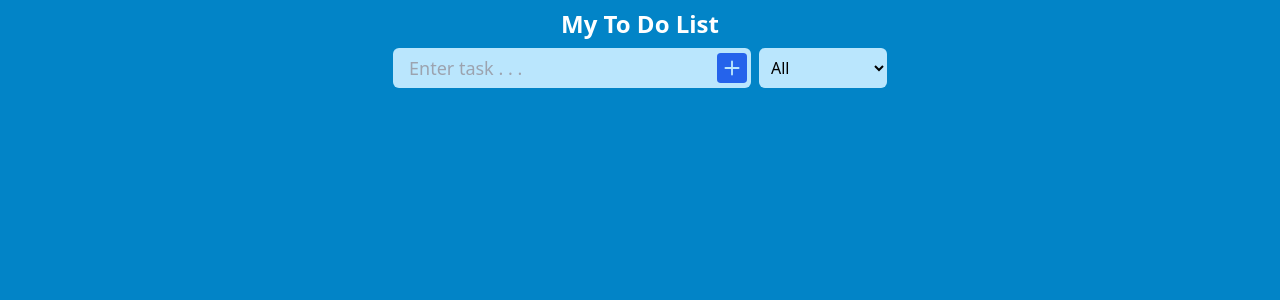
Repository: SaadYasin/react-to-do-list
Page: /
The author's editor kept a copy of each file at every save. The page is drawn from the files as they stood at one save, then again after a run of saves.
The browser window is 1280 px wide. The pictures show the whole page.
The project was rebuilt for these pictures with package versions that can differ from the ones it lists, and the page was loaded fresh each time. Also part of the build but not shown: src/components/Todo.js, src/App.css.

Above is the page before, as saved 2022-11-11 00:02:26.

### public/index.html
<!DOCTYPE html>
<html lang="en">
  <head>
    <meta charset="utf-8" />
    <link rel="icon" href="%PUBLIC_URL%/favicon.ico" />
    <meta name="viewport" content="width=device-width, initial-scale=1" />
    <meta name="theme-color" content="#000000" />
    <meta
      name="description"
      content="Web site created using create-react-app"
    />
    <link rel="apple-touch-icon" href="%PUBLIC_URL%/logo192.png" />

    <link rel="manifest" href="%PUBLIC_URL%/manifest.json" />

    <title>React | To Do List</title>
  </head>
  <body>
    <noscript>You need to enable JavaScript to run this app.</noscript>
    <div id="root"></div>

  </body>
</html>

### src/App.js
import React from 'react';
import Header from './components/Header';
import Input from './components/Input';
import TodoList from './components/TodoList';
import './App.css';

function App() {
  const [inputText, setInputText] = React.useState(null);
  const [todos, setTodos] = React.useState([]);

  return (
    <div className="flex flex-col items-center bg-sky-600 h-screen">
      <Header />
      <Input todos={todos} setTodos={setTodos} setInputText={setInputText} inputText={inputText} />
      <TodoList todos={ todos } />

    </div>
  );
}

export default App;

### src/components/Header.js
import React from 'react'
import Input from './Input'

const Header = () => {
  return (
    <div>
      <h1 className="text-2xl font-bold text-white my-2">My To Do List</h1>
    </div>
  );
}

export default Header

### src/components/Input.js
import React from "react";
import { BsFillPlusSquareFill } from "react-icons/bs";

const Input = ({ setInputText, inputText, todos, setTodos }) => {
  const handleInput = (e) => {
    // e.preventDefault();

    console.log(e.target.value);
    setInputText(e.target.value);
  };

  const handleSubmit = (e) => {
    e.preventDefault();

    setTodos([
      ...todos,
      { text: inputText, completed: false, id: Math.random() * 1000 },
    ]);

    setInputText("");
  };
  return (
    <div className="flex">
      <form className="flex h-10 bg-sky-200 rounded-md" onSubmit={handleSubmit}>
        <input
          value={inputText}
          type="text"
          placeholder="Enter task . . ."
          className="text-lg bg-transparent text-gray-800 px-4 w-44 md:w-80 outline-none"
          onChange={handleInput}
        />
        <button className="text-3xl text-blue-600 px-1" type="submit">
          <BsFillPlusSquareFill />
        </button>
      </form>

      <div className="select ml-2 bg-sky-200 rounded-md">
        <select
          name="todos"
          id="filter-todos"
          className="bg-transparent w-32 p-2"
        >
          <option value="all">All</option>
          <option value="completed">Completed</option>
          <option value="uncompleted">UnCompleted</option>
        </select>
      </div>
    </div>
  );
};

export default Input;

### src/components/TodoList.js
import React from 'react'

// Import components
import Todo from './Todo'
export const TodoList = ( { todos }) => {

  return (
    <div>
      <ul>
        {todos.map((todo) => (
          <Todo />
        ))}
      </ul>
    </div>
  )
}

export default TodoList;

Loaded but not shown: src/index.js (common file); src/index.css (common file); tailwind.config.js (common file)

After the next 3 saves:
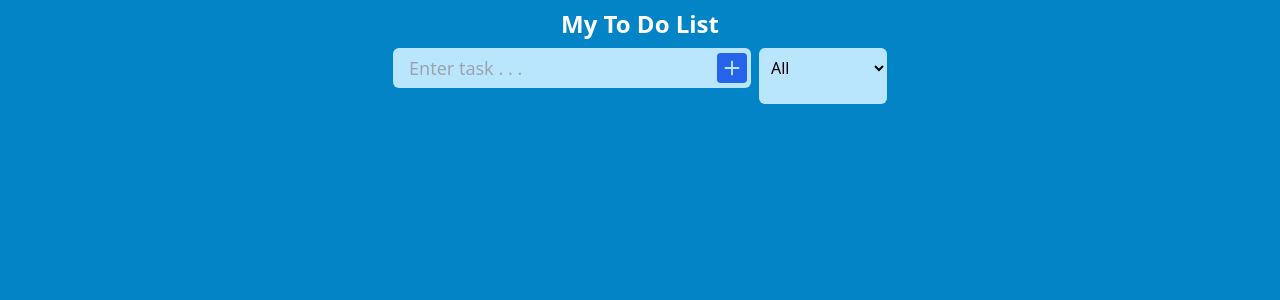
The 3 saves are shown as one change because they came seconds apart.
The last was saved 40 s later.
--- a/src/components/Input.js
+++ b/src/components/Input.js
@@ -21,7 +21,7 @@
   };
   return (
     <div className="flex">
-      <form className="flex h-10 bg-sky-200 rounded-md" onSubmit={handleSubmit}>
+      <form className="flex h-10 bg-sky-200 rounded-md mb-4" onSubmit={handleSubmit}>
         <input
           value={inputText}
           type="text"

After the save that followed:
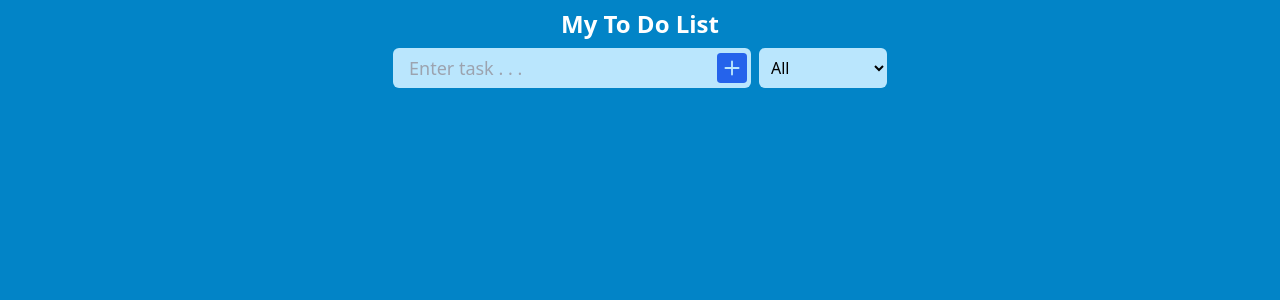
Saved 6 s later.
--- a/src/components/Input.js
+++ b/src/components/Input.js
@@ -21,7 +21,7 @@
   };
   return (
     <div className="flex">
-      <form className="flex h-10 bg-sky-200 rounded-md mb-4" onSubmit={handleSubmit}>
+      <form className="flex h-10 bg-sky-200 rounded-md " onSubmit={handleSubmit}>
         <input
           value={inputText}
           type="text"
